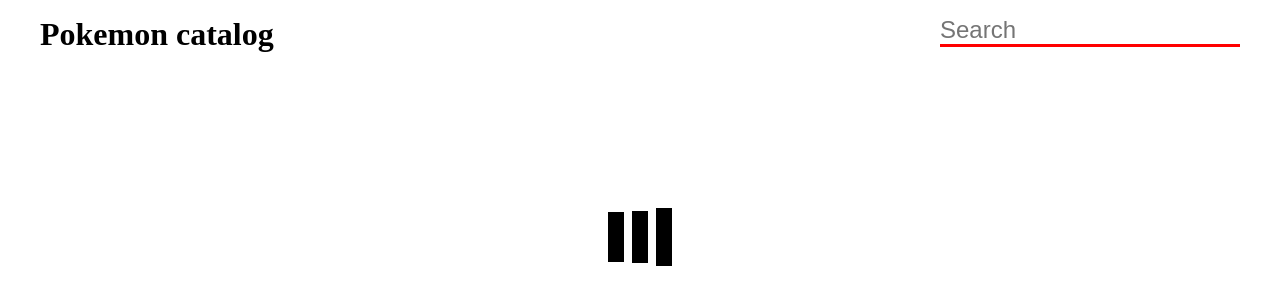
Repository: Ryszard-Penkala/pokemon-API
Page: index.html
An editor plug-in stored every save of this project. The page is shown before and after a run of saves, followed by the edit.
The browser window is 1280 px wide. The pictures show the whole page.
The page's requests for data from a server got no answer.

Above is the page before, as saved 2020-06-28 18:09:00.

After the next 2 saves:
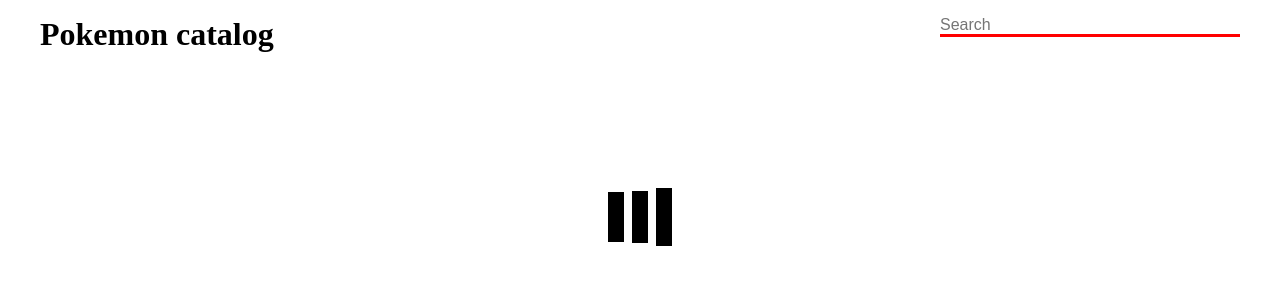
The 2 saves are shown as one change because they came seconds apart.
The last was saved 35 s later.
--- a/assets/styles/styles.css
+++ b/assets/styles/styles.css
@@ -14,7 +14,7 @@
 }
 
 .pokemon-app__section{
-  padding-top: 40px;
+  padding-top: 20px;
 }
 
 .header-main{
@@ -35,7 +35,7 @@
 .header-main__searching{
   border: none;
   width: 300px;
-  font-size: 24px;
+  font-size: 16px;
   border-bottom: 3px solid red;
 }
 
